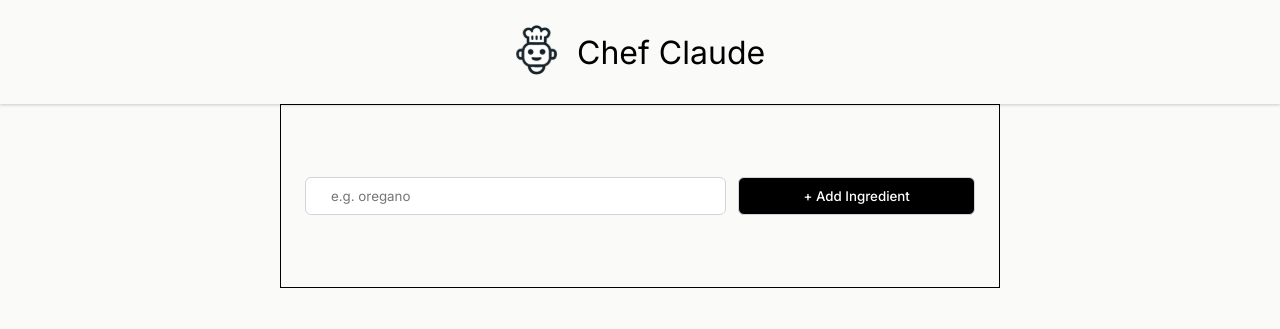
Repository: AchrafAzzaoui/Chef_Claude--React_Course_Scrimba_Project
Page: / (app in project/)
These files come from the project's save history. The page is drawn as it stood at one moment and after the next save; the edit follows.
The browser window is 1280 px wide. The pictures show the whole page.
The project was rebuilt for these pictures with package versions that can differ from the ones it lists, and the page was loaded fresh each time. Also part of the build but not shown: project/vite.config.js.

Above is the page before, as saved 2024-12-01 14:48:25.

After the next save:
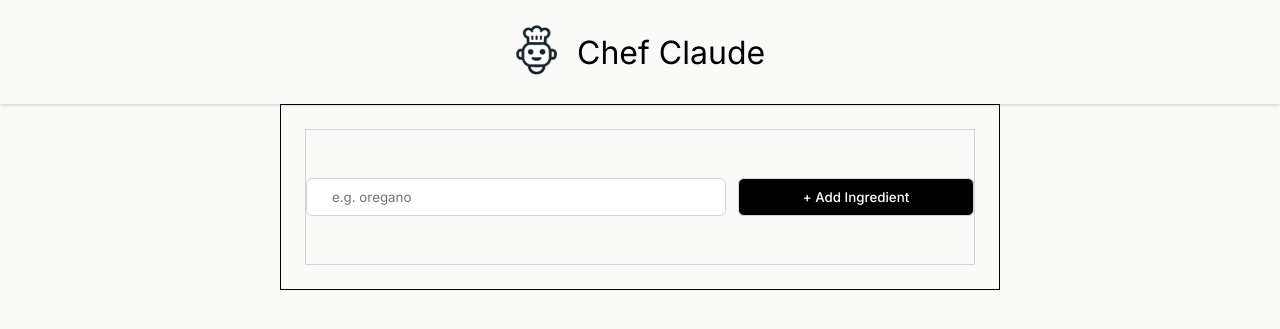
Saved 113 s later.
--- a/project/index.css
+++ b/project/index.css
@@ -37,6 +37,9 @@
 
 .add-ingredient-form {
   padding: 3em 0;
+  max-width: 720px;
+  margin: 0 auto;
+  border: 1px solid #d1d5db;
   width: 100%;
 }
 
